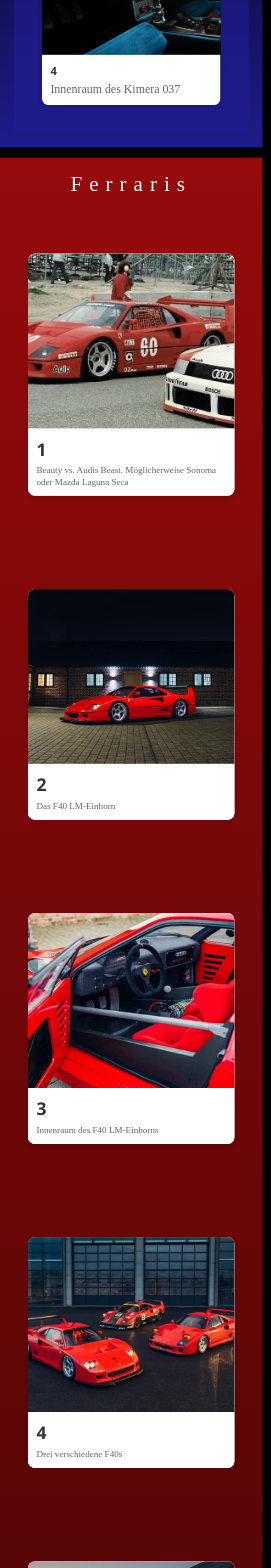
Repository: Johannes-Harald/martini-racing-fanclub
Page: /
The author's editor kept a copy of each file at every save. The page is drawn from the files as they stood at one save, then again after the next save.
The browser window is 375 px wide. The page is 387 px wide, so the pictures cover 387 px, including what lies to the right of the window. The pictures show the part of the page from y = 2096 to 4336 px (the page is 18103 px tall before and 18097 px after), at 70% of full size.
Some web fonts or font styles are not loaded; a fallback is used. The project was rebuilt for these pictures with package versions that can differ from the ones it lists, and the page was loaded fresh each time. Also part of the build but not shown: vite.config.js, src/components/Lightbox/Lightbox.css, src/components/Lightbox/Lightbox.jsx, src/components/TitleCards/TitleCards.jsx, src/pages/Videos/Videos.css, src/pages/Videos/Videos.jsx.

Above is the page before, as saved 2024-10-13 10:01:16.

### index.html
<!doctype html>
<html lang="en">
  <head>
    <meta charset="UTF-8" />
    <link rel="icon" type="image/svg+xml" href="/src/assets/logo-martinid.png" style="filter: brightness(3.5); height: 2px; width: 1px;"/>
    <meta name="viewport" content="width=device-width, initial-scale=1.0" />
    <title>Martini Racing Fanclub</title>
  </head>
  <body>
    <div id="root"></div>
    <script type="module" src="/src/main.jsx"></script>
  </body>
</html>
<!--
<!doctype html>
<html lang="en">
  <head>
    <meta charset="UTF-8" />
    <link rel="icon" type="image/svg+xml" href="/src/assets/logo-martinid.png" style="filter: brightness(3.5); height: 2px; width: 1px;"/>
    <meta name="viewport" content="width=device-width, initial-scale=1.0" />
    <title>Martini Racing Fanclub</title>
  </head>
  <body>
    <div id="root"></div>
    <script type="module" src="/src/main.jsx"></script>
  </body>
</html>
-->

### src/App.jsx
import React from 'react';
import { BrowserRouter as Router, Route, Routes } from 'react-router-dom';
import Home from './pages/Home/Home';
import Videos from './pages/Videos/Videos';

function App() {
  //const navigate = useNavigate();
  //const location = useLocation();



  {/*const scrollToTitleCards = () => {
    // Assuming you have a reference to your TitleCards section
    const titleCardsSection = document.getElementById('rallyeautos'); // Adjust this ID as needed
    if (titleCardsSection) {
      titleCardsSection.scrollIntoView({ behavior: 'smooth' });
    }
  };

  const scrollToTitleCards = () => {
    if (location.pathname === '/') {
      rallyefahrzeugeRef.current.scrollIntoView({ behavior: 'smooth' });
    } else {
      // If you're on another page, navigate to the home page first
      navigate('/');
      // After navigating, wait for the page to load and then scroll to rallyefahrzeugeRef
      setTimeout(() => {
        rallyefahrzeugeRef.current.scrollIntoView({ behavior: 'smooth' });
      }, 500); // Use a timeout to ensure the page is fully rendered before scrolling
    }
  };
  <Route path="/Home" element={<Navbar scrollToTop={scrollToTop} scrollToTitleCards={scrollToTitleCards}/>} />
  */}

  return (
    <Router>
      <div className="App">
        <Routes>
          <Route path="/" element={<Home />} />
          <Route path="/videos" element={<Videos />} />
        </Routes>
      </div>
    </Router>
  );
}

export default App;

### src/index.css
* {
  margin: 0;
  padding: 0;
  box-sizing: border-box;
}

body {
  background: black;
  font-family: 'Segoe UI', Tahoma, Geneva, Verdana, sans-serif;
}

### src/pages/Home/Home.css
.hero {
    position: relative;
}

.component {
    transition: opacity 0.5s ease, transform 0.5s ease;
    opacity: 0;
    transform: translateY(20px);
    pointer-events: none; /* Disable interaction when hidden */
  }

  .component.active {
    opacity: 1;
    transform: translateY(0);
    pointer-events: all; /* Enable interaction when visible */
  }

.img-cover {
    background-image: linear-gradient(180deg, rgba (0,0,0,0.7) 10%, transparent);
    z-index: 1;
    transition: background-color 0.3s, color 0.3s;
  }

.banner-width {
    width: 100%;
    mask-image: linear-gradient(to right, transparent, black 75%);
    -weblit-mask-image: linear-gradient(to right, transparent, black 75%);
}

.banner-img {
    width: 100%;
    display: flex;
    filter: brightness(1.2);
}

.hero-caption {
    position: absolute;
    width: 100%;
    padding-left: 6%;
    bottom: 0;
}

.caption-img {
    width: 100%;
    height: 370px;
    max-width: 510px;
    margin-bottom: 60px;
    filter: brightness(1.3);
}

.hero-caption p{
    max-width: 700px;
    font-size: 17px;
    margin-bottom: 20px;
}

.hero-btns {
    display: flex;
    gap: 10px;
    margin-bottom: 50px;
}

.hero-btns .btn img{
    width: 25px;
}

.hero-btns .btn {
    border: 0;
    outline: 0;
    padding: 8px 20px;
    display: inline-flex;
    align-items: center;
    gap: 10px;
    font-size: 15px;
    font-weight: 600;
    background: white;
    border-radius: 4px;
    cursor: pointer;
}

.hero-btns .btn.dark-btn{
    color: #fff;
    background: #6d6d6eb3;
}

.hero-btns .btn:hover{
    background: #ffffffbf;
}

.hero-btns .btn.dark-btn:hover{
    background: #6d6d6e66 ;
}


@media (max-width: 1024px) {
  .hero-caption .title-cards {
      display: none;
  }
  .hero-btns {
      margin-bottom: 30px;
  }
  .hero-caption p {
      font-size: 15px;
      max-width: 600px;
  }
}

/* Large mobile screens */
@media (max-width: 800px) {
  .hero-caption {
      padding-left: 4%;
  }
  .caption-img {
      margin-bottom: 10px;
      width: 40%;
  }
  .hero-caption p {
      font-size: 12px;
      margin-bottom: 10px;
  }
  .hero-btns .btn img {
      width: 20px;
  }
  .hero-btns .btn {
      padding: 6px 15px;
      font-size: 13px;
  }
}

/* Small mobile screens */
@media (max-width: 500px) {
  .banner-img {
    padding-top: 191px;
    width: 150%;
    filter: brightness(1.2);
    max-width: 100%;
    overflow: hidden;
    /*     text-align: left; */
  }

  .home .img-cover {
    background-size: cover; /* Ensure the image covers the entire area */
    background-position: center;
  }
  .caption-img {
    margin-bottom: 360px;
    height: 110px;
    width: 170px;
  }
  .hero-caption p {
      font-size: 11px;
  }
  .hero-btns img {
      width: 15px;
  }
  .hero-btns .btn {
      padding: 4px 10px;
      gap: 5px;
      font-size: 10px;
  }
  .component {
      margin-top: 15px;
  }
  .banner-img {
      height: auto;
  }
}

### src/components/Navbar/Navbar.jsx
import React, { useEffect, useRef, useState } from 'react';
import { Link, useNavigate, useLocation } from 'react-router-dom';
import './Navbar.css';
import logo from '../../assets/logo.png';
import search_icon from '../../assets/search_icon.svg';
import profile_icon from '../../assets/profile_img.webp';
import caret_icon from '../../assets/caret_icon.svg';
import lightModeSearch from '../../assets/search_icon_dark.png';

const Navbar = ({ scrollToRallyefahrzeuge, rallyefahrzeugeRef, scrollTo }) => {
  const navigate = useNavigate();
  const location = useLocation();
  const navRef = useRef(null);
  const [navigateToRallye, setNavigateToRallye] = useState(false);
  const [darkMode, setDarkMode] = useState(() => {
    return localStorage.getItem('darkMode') === 'true';
  });

/*  const handleScrollToRallyefahrzeuge = () => {
    if (location.pathname !== "/") {
      setNavigateToRallye(true); // Set flag to indicate we want to scroll after navigation
      navigate("/"); // Navigate to home
    }
  };

/*  useEffect(() => {
    if (navigateToRallye && location.pathname === "/") {
      setTimeout(() => {
        if (rallyefahrzeugeRef.current) {
          console.log("Ref found, scrolling...");
          rallyefahrzeugeRef.current.scrollIntoView({ behavior: 'smooth' });
        } else {
          console.log("Ref not found");
        }
      }, 100); // Add delay to allow for navigation to complete
      setNavigateToRallye(false); // Reset flag
    }
  }, [navigateToRallye, location.pathname, rallyefahrzeugeRef]);*/

  const toggleDarkMode = () => {
    setDarkMode(prev => {
      const newDarkMode = !prev;
      document.body.classList.toggle('dark-mode', newDarkMode);
      localStorage.setItem('darkMode', newDarkMode);
      return newDarkMode;
    });
  };

  return (
    <div ref={navRef} className={`navbar ${darkMode ? 'dark-mode' : 'light-mode'}`}>
      <div className="navbar-left">
        <img src={logo} alt="Logo" className='logo-img' />
        <ul>
          <li onClick={scrollTo}><Link to="/" className="link-style">Startseite</Link></li>
          <li><Link to="/videos" className="link-style">Videos</Link></li>
          <li onClick={scrollToRallyefahrzeuge}><Link to="/" className="link-style">Fahrzeuge</Link></li>
        </ul>
      </div>

      <div className="navbar-right">
        <p>Nutzer</p>

        {/* Dark Mode Toggle Button */}
        <button onClick={toggleDarkMode} className='dark-mode-btn'>
          {darkMode ? 'Hell' : 'Dunkel'}
        </button>

        <div className='navbar-profile'>
          <img src={profile_icon} alt="Profile" className='profile' />
          <img src={caret_icon} alt="Caret" />
          <div className='dropdown'>
            <p>Abmelden</p>
          </div>
        </div>
      </div>
    </div>
  );
};

export default Navbar;

### src/components/TitleCards/Rallyefahrzeuge.jsx
import React, { useState } from 'react';
import './Rallyefahrzeuge.css';
import img3 from '../../assets/cards/img3.jpg';
import img4 from '../../assets/cards/img4.jpg';
import img5 from '../../assets/cards/img5.webp';
import img6 from '../../assets/cards/img6.jpg';
import Lightbox from '../Lightbox/Lightbox';

const Rallyefahrzeuge = React.forwardRef((props, ref) => {
  const [lightboxOpen, setLightboxOpen] = useState(false); // State to control lightbox visibility
  const [selectedImageIndex, setSelectedImageIndex] = useState(0); // Track the selected image

  const cardData = [
    { image: img3, title: '1', description: 'Kimera 037' },
    { image: img4, title: '2', description: 'Kimera 037' },
    { image: img5, title: '3', description: 'Kimera 037' },
    { image: img6, title: '4', description: 'Innenraum des Kimera 037' }
  ];

  const handleImageClick = (index) => {
    setSelectedImageIndex(index); // Set the index of the clicked image
    setLightboxOpen(true); // Open the lightbox LOOK HERE INCASE! >>>> ref={rallyefahrzeugeRef}
  };

  return (
    <div className="rallyefahrzeuge">
      <div className="rallyeautos">
        <h2>Rallyefahrzeuge</h2>
      </div>
      <div className="rallye-card-list">
        {cardData.map((card, index) => (
          <div key={index} className="rallye-title-cards" onClick={() => handleImageClick(index)}>
            <img src={card.image} alt={card.title} className="rallye-title-cards-img" />
            <div className="rallye-title-cards-info">
              <h3>{card.title}</h3>
              <p>{card.description}</p>
            </div>
          </div>
        ))}
      </div>

      {/* Conditionally render the Lightbox when open */}
      {lightboxOpen && (
        <Lightbox
          images={cardData.map((card) => ({ src: card.image, alt: card.title }))} // Pass the images to the Lightbox
          initialIndex={selectedImageIndex} // Start with the clicked image
          onClose={() => setLightboxOpen(false)} // Close the lightbox
        />
      )}
    </div>
  );
});

export default Rallyefahrzeuge;

### src/components/TitleCards/PrototypRennwagen.jsx
import React, { useState } from 'react';
import './Rallyefahrzeuge.css';
import img1 from '../../assets/cards/img1.png';
import img7 from '../../assets/cards/img7.jpg';
import img8 from '../../assets/cards/img8.jpg';
import img9 from '../../assets/cards/img9.jpg';
import lcmonza from '../../assets/cards/lcmonza.jpg';
import lcparmalat from '../../assets/cards/lcparmalat.jpg';
import Lightbox from '../Lightbox/Lightbox'; // Import the Lightbox component

const PrototypRennwagen = React.forwardRef((props, ref) => {
  const [lightboxOpen, setLightboxOpen] = useState(false); // State to control lightbox visibility
  const [selectedImageIndex, setSelectedImageIndex] = useState(0); // Track the selected image

  const cardData = [
    { image: img1, title: '1', description: 'LC1 auf der Nordschleife' },
    { image: img7, title: '2', description: 'LC1 auf der Nordschleife' },
    { image: img8, title: '3', description: 'LC1 bei Le Mans' },
    { image: img9, title: '4', description: 'LC1' },
    { image: lcmonza, title: '5', description: 'LC1 bei Le Mans' },
    { image: lcparmalat, title: '6', description: 'LC1' }
  ];

  const handleImageClick = (index) => {
    setSelectedImageIndex(index); // Set the index of the clicked image
    setLightboxOpen(true); // Open the lightbox
  };

  return (
    <div className="rallyefahrzeuge" ref={ref}>
      <div className="rallyeautos">
        <h2>Prototyp-Rennwagen</h2>
      </div>
        <div className="rallye-card-list" >
      {cardData.map((card, index) => (
        <div key={index} className="rallye-title-cards" onClick={() => handleImageClick(index)}>
          <img src={card.image} alt={card.title} className="rallye-title-cards-img" />
          <div className="rallye-title-cards-info">
            <h3>{card.title}</h3>
            <p>{card.description}</p>
          </div>
        </div>
      ))}
    </div>

      {/* Conditionally render the Lightbox when open */}
          {lightboxOpen && (
        <Lightbox
          images={cardData.map((card) => ({ src: card.image, alt: card.title }))} // Pass the images to the Lightbox
          initialIndex={selectedImageIndex} // Start with the clicked image
          onClose={() => setLightboxOpen(false)} // Close the lightbox
        />
      )}
    </div>
  );
});

export default PrototypRennwagen;

### src/components/TitleCards/Tourenwagen.jsx
import React, { useState } from 'react';
import './Rallyefahrzeuge.css';
 import img2 from '../../assets/cards/img2.jpg';
import img10 from '../../assets/cards/img10.jpg';
import img11 from '../../assets/cards/img11.jpg';
import img12 from '../../assets/cards/img12.jpg';
import img37 from '../../assets/cards/img37.jpg';
import img38 from '../../assets/cards/img38.jpeg';
import Lightbox from '../Lightbox/Lightbox';

const Tourenwagen = React.forwardRef((props, ref) => {
  const [lightboxOpen, setLightboxOpen] = useState(false); // State to control lightbox visibility
  const [selectedImageIndex, setSelectedImageIndex] = useState(0); // Track the selected image

  const cardData = [
    { image: img2, title: '1', description: 'Porsche 935' },
    { image: img10, title: '2', description: 'Beta Montecarlo Turbo' },
    { image: img11, title: '3', description: 'Beta Montecarlo Turbo' },
    { image: img12, title: '4', description: 'Beta Montecarlo Turbo' },
    { image: img37, title: '5', description: 'Beta Montecarlo Turbo' },
    { image: img38, title: '6', description: 'Beta Montecarlo Turbo' }
  ];

  const handleImageClick = (index) => {
    setSelectedImageIndex(index); // Set the index of the clicked image
    setLightboxOpen(true); // Open the lightbox
  };

  return (
    <div className="rallyefahrzeuge" ref={ref}>
      <div className="rallyeautos">
        <h2>Tourenwagen</h2>
      </div>
    <div className="rallye-card-list">
      {cardData.map((card, index) => (
        <div key={index} className="rallye-title-cards" onClick={() => handleImageClick(index)}>
          <img src={card.image} alt={card.title} className="rallye-title-cards-img" />
          <div className="rallye-title-cards-info">
            <h3>{card.title}</h3>
            <p>{card.description}</p>
          </div>
        </div>
      ))}
    </div>

      {/* Conditionally render the Lightbox when open */}
      {lightboxOpen && (
        <Lightbox
          images={cardData.map((card) => ({ src: card.image, alt: card.title }))} // Pass the images to the Lightbox
          initialIndex={selectedImageIndex} // Start with the clicked image
          onClose={() => setLightboxOpen(false)} // Close the lightbox
        />
      )}
    </div>
  );
});

export default Tourenwagen;

### src/components/Footer/Footer.jsx
import React from 'react'
import './Footer.css'
import youtube_icon from '../../assets/youtube_icon.png'
import twitter_icon from '../../assets/twitter_icon.png'
import instagram_icon from '../../assets/instagram_icon.png'
import facebook_icon from '../../assets/facebook_icon.png'

const Footer = () => {
  return (
    <div className='footer'>
      <div className='footer-icons'>
        <img src={youtube_icon} alt="" />
        <img src={twitter_icon} alt="" />
        <img src={instagram_icon} alt="" />
        <img src={facebook_icon} alt="" />
      </div>
      <ul>
        <li>Auto-Fanclub</li>
        <li>Hilfezentrum</li>
        <li>Foren</li>
        <li>Medienzentrum</li>
        <li>Investorenbeziehungen</li>
        <li>Jobs</li>
        <li>Nutzungsbediengungen</li>
        <li>Datenschutz</li>
        <li>Rechtliche Hinweise</li>
        <li>Cookie-Einstellungen</li>
        <li>Unternehmensinformationen</li>
        <li>Kontakt</li>
      </ul>
      <p className='copyright'>© 1968-2023 Martini-Racing.</p>
    </div>
  )
}

export default Footer

### src/components/TitleCards/Rallyefahrzeuge.css
@import url('https://fonts.googleapis.com/css2?family=Bona+Nova+SC:ital,wght@0,400;0,700;1,400&family=Open+Sans&display=swap');

* {
  margin: 0;
  padding: 0;
  box-sizing: border-box;
}

.rallye-card-list {
  display: flex;
  flex-flow: row wrap;
  align-items: flex-start;
  /*flex-wrap: wrap;
  justify-content: space-between;*/
  gap: 70px;
  padding: 20px;
}

.rallyefahrzeuge {
  padding: 20px;
  background: linear-gradient(to bottom, rgb(30, 28, 140) 0%, rgba(0, 0, 0, 0) 50%),
              linear-gradient(to bottom, rgba(0, 0, 0, 0) 70%, rgb(30, 28, 140) 100%);
}

.rallyeautos h2{
  font-family: "Bona Nova SC", serif;
  font-weight: 400;
  font-style: normal;
  color: white;
  font-size: 130px;
  letter-spacing: 10px;
  text-align: center;
}

.rallye-title-cards {
  flex: 1 1 calc(25% - 40px); /* Makes cards 4 per row with space for margins */
  display: flex;
  flex-direction: column;
  background-color: #000000;
  border-radius: 10px;
  overflow: hidden;
  transition: transform 2s ease-in-out, box-shadow 2s ease-in-out;
  box-shadow: 0 4px 8px rgba(0, 0, 0, 0.1);
  margin-top: 63px;
  cursor: pointer;
}

.rallye-title-cards:hover {
  transform: translateY(-5px);
  box-shadow: 0 8px 16px rgba(0, 0, 0, 0.15);
}

.rallye-title-cards-img {
  width: 100%;
  height: 250px;
  object-fit: cover;
}

.rallye-title-cards-info {
  padding: 12px;
  background-color: #fff;
}

.rallye-title-cards-info h3 {
  font-size: 16px;
  font-weight: bold;
  color: #333;
  margin-bottom: 6px;
}

.rallye-title-cards-info p {
  font-family: "Bona Nova SC", serif;
  font-weight: 400;
  font-style: normal;
  font-size: 17px;
  color: #666;
}

@media (max-width: 767px) {
  .rallye-title-cards {
      flex: 1 1 calc(50% - 20px); /* 2 per row on smaller screens */
  }
}

@media (max-width: 480px) {
  .rallye-title-cards {
      flex: 1 1 100%; /* Full-width cards on very small screens */
  }
}


 /* Mobile-friendly adjustments */
@media (max-width: 768px) {
  .rallyeautos h2{
    font-family: "Bona Nova SC", serif;
    font-weight: 400;
    font-style: normal;
    color: white;
    font-size: 30px;
    letter-spacing: 10px;
    text-align: center;
  }
    .rallye-title-cards h2{
       font-size: 15px;
    }
    .rallye-title-cards-img {
      width: fit-content;
    }
    .card-list p{
       font-size: 10px;
    }
}

 @media (max-width: 500px) {
  .rallyeautos h2{
    font-family: "Bona Nova SC", serif;
    font-weight: 400;
    font-style: normal;
    color: white;
    font-size: 30px;
    letter-spacing: 10px;
    text-align: center;
  }
    .rallye-title-cards h2{
       font-size: 15px;
    }
    .rallye-title-cards-img {
      width: fit-content;

    }
    .card-list p{
       font-size: 10px;
    }
 }

### src/components/TitleCards/Ferrari.css
@import url('https://fonts.googleapis.com/css2?family=Bona+Nova+SC:ital,wght@0,400;0,700;1,400&family=Open+Sans&display=swap');

* {
    margin: 0;
    padding: 0;
    box-sizing: border-box;
  }

  .card-list-ferrari {
    display: flex;
    flex-flow: row wrap;
    align-items: flex-start;
    /*flex-wrap: wrap;
    justify-content: space-between;*/
    gap: 70px;
    padding: 20px;
  }

  .ferraris {
    padding: 20px;
    background: linear-gradient(to bottom, rgb(150, 10, 10) 0%, rgba(255, 0, 0, 0) 50%), /* Top effect */
                linear-gradient(to bottom, rgba(255, 255, 255, 0) 70%, rgb(150, 10, 10) 100%); /* Bottom effect */
  }

  .title-cards-ferrari {
    flex: 1 1 calc(25% - 40px); /* Makes cards 4 per row with space for margins */
    display: flex;
    flex-direction: column;
    background-color: #f9f9f9;
    border-radius: 10px;
    transition: transform 0.3s ease-in-out, box-shadow 0.3s ease-in-out;
    box-shadow: 0 4px 8px rgba(0, 0, 0, 0.1);
    /*     max-width: 301px;/* Optional: Set a max width to limit card size*/
    margin-top: 63px;
    cursor: pointer;
    overflow: hidden;
  }

  .title-cards-ferrari:hover {
    transform: translateY(-5px);
    box-shadow: 0 8px 16px rgba(0, 0, 0, 0.15);
    transition: 1s linear ease-in-out;
  }

  .title-cards-img-ferrari {
    width: 100%;
    height: 250px;
    object-fit: cover;
  }

  .title-cards-info-ferrari {
    padding: 12px;
    background-color: #fff;
  }

  .title-cards-info-ferrari h3 {
    font-size: 16px;
    font-weight: bold;
    color: #333;
    margin-bottom: 6px;
  }

  .title-cards-info-ferrari p {
    font-family: "Bona Nova SC", serif;
    font-weight: 400;
    font-style: normal;
    font-size: 17px;
    color: #666;
  }

  /* Mobile-friendly adjustments */
  @media (max-width: 500px) {
    .title-cards-ferrari {
      flex: 1 1 calc(70% - 20px); /* Makes cards 2 per row on smaller screens */
    }


    .title-cards-info-ferrari h3 {
      font-size: 25px;
    }

    .title-cards-info-ferrari h3 {
      font-size: 25px;
    }

    .title-cards-info-ferrari p {
      font-size: 13px;
    }

    .title-cards-img-ferrari {
      height: 250px;
    }
  }

### src/components/Footer/Footer.css
.footer {
    padding: 30px 4px;
    max-width: 1000px;
    margin: 0 auto;
}

.footer-icons {
    display: flex;
    gap: 20px;
    margin: 40px 0;
}

.footer-icons img{
    width: 30px;
    cursor: pointer;
}

.footer ul{
    display: grid;
    grid-template-columns: auto auto auto auto;
    gap: 15px;
    margin-bottom: 30px;
    list-style: none;
}

.footer ul li{
    color: white;
}

.copyright {
    color: gray;
    font-size: 16px;
}

@media (max-width:800px) {
    .footer {
        padding: 7%;
        margin: 0 auto;
    }

  .footer-icon img{
      width: 25px;
  }
  .footer ul {
    grid-template-columns: auto auto;
    gap: 8px;
    font-size: 14px;
  }
}

### src/components/TitleCards/TitleCards.css
* {
    margin: 0;
    padding: 0;
    box-sizing: border-box;
  }

  .title-cards-container {
    background: none;
    background: linear-gradient(to bottom, rgb(30, 28, 140) 0%, rgba(0, 0, 0, 0) 50%),
    linear-gradient(to bottom, rgba(0, 0, 0, 0) 70%, rgb(30, 28, 140) 100%);
    padding: 20px;
    display: flex;
  }

  /* Flex container for cards */
  .cards {
    display: flex;
    flex-flow: row wrap;
    justify-content: end;
    gap: 20px;
    padding: 20px;
    margin-top: 100px;
  }

  /* Flex container for video cards */
  .video-cards {
    display: flex;
    flex-flow: row wrap;
    justify-content: center;
    gap: 70px;
  }

  /* Styling for each card */
  .card {
    width: auto;
    cursor: pointer;
    text-align: center;
    display: flex;
    flex-direction: column;
    align-items: center;
    border-radius: 12px;
    opacity: 1; /* Full opacity for the card */
    background: transparent;
  }

  /* Thumbnail image styling */
  .video-thumbnail {
    width: 450px;
    height: auto;
    border-radius: 8px;
    transition: transform 0.3s ease;
    filter: brightness(1.1);
    opacity: 1;
  }

  .video-thumbnail:hover {
    transform: scale(1.05); /* Slight zoom effect on hover */
    filter: brightness(1.2);
  }

  /* Card title styling */
  .card h3 {
    margin-top: 10px;
    font-size: 18px;
    color: white;
  }

  /* Modal overlay when a video is selected */
  .modal-overlay {
    position: fixed;
    top: 0;
    left: 0;
    width: 100%;
    height: 100%;
    display: flex;
    justify-content: center;
    align-items: center;
  }

  /* Modal content container */
  .modal-content {
    background: #fff;
    padding: 7px;
    border-radius: 10px;
    width: 80%;
    max-width: 900px;
  }

  /* Embedded video iframe */
  .modal-content iframe {
    width: 100%;
    height: 500px;
  }

  .modal-overlay:hover {
    cursor: pointer;
  }

  .modal-content:hover {
    cursor: default;
  }

  /* Scrollbar styling (hidden for horizontal scroll) */
  .card-list::-webkit-scrollbar {
    display: none;
  }

  /* Responsive styling for smaller screens */
  @media (max-width: 800px) {
    .cards {
      gap: 10px; /* Reduce the gap between cards */
    }

    .card {
      width: 200px; /* Reduce card width for smaller screens */
    }

    .card h3 {
      font-size: 16px; /* Reduce font size for titles */
    }

    .thumbnail {
      width: 100%; /* Ensure thumbnail adjusts to the new card size */
    }
  }

  @media (max-width: 500px) {
    .card {
      width: 165px; /* Further reduce card width for small screens */
    }

    .card h3 {
      font-size: 14px;
    }

    .modal-content {
      background: #fff;
      padding: 2px;
      height: auto;
      margin-top: 140%;
    }

    .modal-overlay {
      height: 7%;
    }

    .modal-overlay:hover {
      cursor: pointer;
    }

    .modal-content:hover {
      cursor: default;
    }

    .video-thumbnail {
      width: 100%;
    }
  }

Loaded but not shown: src/main.jsx (common file); src/components/Navbar/Navbar.css (332 lines, source omitted); src/components/TitleCards/Ferrari.jsx (88 lines, source omitted); src/pages/Home/Home.jsx (114 lines, source omitted)

After the next save:
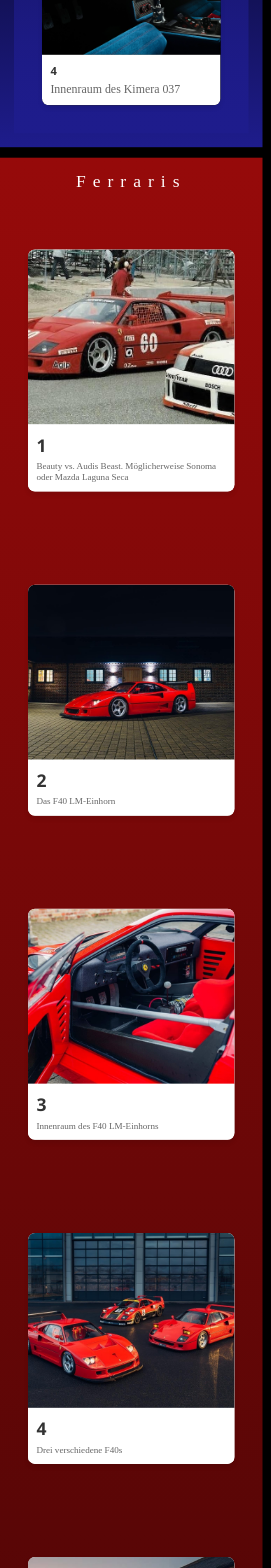
Saved 15 s later.
--- a/src/components/TitleCards/Ferrari.css
+++ b/src/components/TitleCards/Ferrari.css
@@ -75,7 +75,7 @@
     }
 
 
-    .title-cards-info-ferrari h3 {
+    .ferraris h2 {
       font-size: 25px;
     }
 
